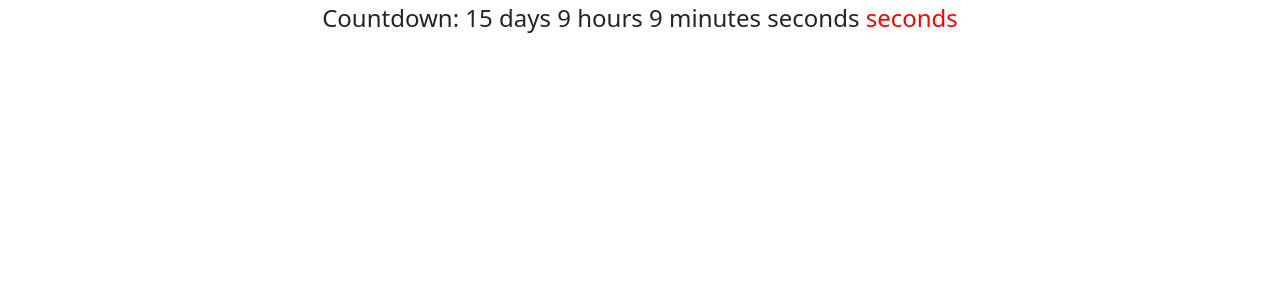
Repository: sinarinzifabrice/Events
Page: index.html
The author's editor kept a copy of each file at every save. The page is drawn from the files as they stood at one save, then again after the next save.
The browser window is 1280 px wide. The pictures show the whole page.

Above is the page before, as saved 2024-05-16 09:06:42.

### index.html
<!DOCTYPE html>
<html lang="en">
<head>
  <meta charset="UTF-8">
  <meta name="viewport" content="width=device-width, initial-scale=1.0">
  <link href="https://cdn.jsdelivr.net/npm/bootstrap@5.3.3/dist/css/bootstrap.min.css" rel="stylesheet" integrity="sha384-QWTKZyjpPEjISv5WaRU9OFeRpok6YctnYmDr5pNlyT2bRjXh0JMhjY6hW+ALEwIH" crossorigin="anonymous">
  <title>Countdown Timer</title>
  <style>
    #countdown {
      font-size: 24px;
      text-align: center;
    }
    .red {
      color: red;
    }
  </style>
</head>
<body>

<div id="countdown"></div>



<script src="https://cdn.jsdelivr.net/npm/bootstrap@5.3.3/dist/js/bootstrap.bundle.min.js" integrity="sha384-YvpcrYf0tY3lHB60NNkmXc5s9fDVZLESaAA55NDzOxhy9GkcIdslK1eN7N6jIeHz" crossorigin="anonymous"></script>
<script>
  // Set the date we're counting down to
  var countDownDate = new Date("May 29, 2024 19:00:00").getTime();

  // Update the countdown every 1 second
  var x = setInterval(function() {

    // Get the current date and time
    var now = new Date().getTime();

    // Calculate the remaining time
    var distance = countDownDate - now;

    // Calculate days, hours, minutes and seconds
    var days = Math.floor(distance / (1000 * 60 * 60 * 24));
    var hours = Math.floor((distance % (1000 * 60 * 60 * 24)) / (1000 * 60 * 60));
    var minutes = Math.floor((distance % (1000 * 60 * 60)) / (1000 * 60));
    var seconds = Math.floor((distance % (1000 * 60)) / 1000);

    // Display the countdown
    document.getElementById("countdown").innerHTML = "Countdown: " + days + " days " + hours + " hours "
    + minutes + " minutes " + "seconds <span class='red'>" + " seconds ";

    // If the countdown is over, display a message
    if (distance < 0) {
      clearInterval(x);
      document.getElementById("countdown").innerHTML = "EXPIRED";
    }
  }, 1000);
</script>

</body>
</html>

After the next save:
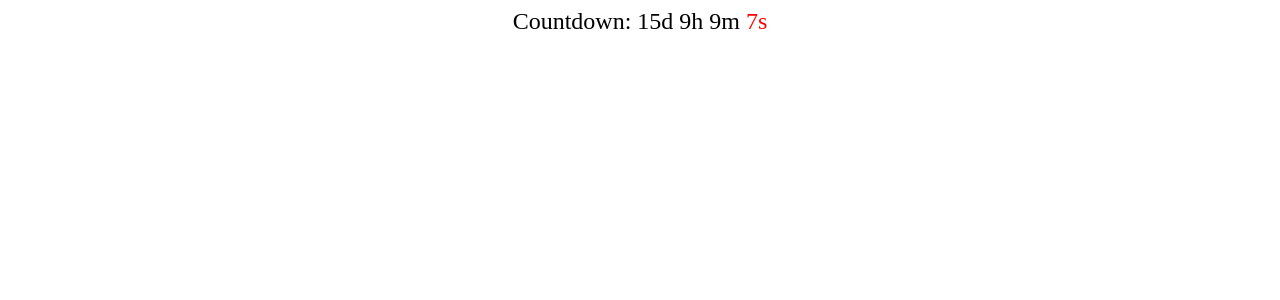
Saved 41 s later.
--- a/index.html
+++ b/index.html
@@ -3,7 +3,6 @@
 <head>
   <meta charset="UTF-8">
   <meta name="viewport" content="width=device-width, initial-scale=1.0">
-  <link href="https://cdn.jsdelivr.net/npm/bootstrap@5.3.3/dist/css/bootstrap.min.css" rel="stylesheet" integrity="sha384-QWTKZyjpPEjISv5WaRU9OFeRpok6YctnYmDr5pNlyT2bRjXh0JMhjY6hW+ALEwIH" crossorigin="anonymous">
   <title>Countdown Timer</title>
   <style>
     #countdown {
@@ -19,9 +18,6 @@
 
 <div id="countdown"></div>
 
-
-
-<script src="https://cdn.jsdelivr.net/npm/bootstrap@5.3.3/dist/js/bootstrap.bundle.min.js" integrity="sha384-YvpcrYf0tY3lHB60NNkmXc5s9fDVZLESaAA55NDzOxhy9GkcIdslK1eN7N6jIeHz" crossorigin="anonymous"></script>
 <script>
   // Set the date we're counting down to
   var countDownDate = new Date("May 29, 2024 19:00:00").getTime();
@@ -42,8 +38,8 @@
     var seconds = Math.floor((distance % (1000 * 60)) / 1000);
 
     // Display the countdown
-    document.getElementById("countdown").innerHTML = "Countdown: " + days + " days " + hours + " hours "
-    + minutes + " minutes " + "seconds <span class='red'>" + " seconds ";
+    document.getElementById("countdown").innerHTML = "Countdown: " + days + "d " + hours + "h "
+    + minutes + "m <span class='red'>" + seconds + "s</span>";
 
     // If the countdown is over, display a message
     if (distance < 0) {
